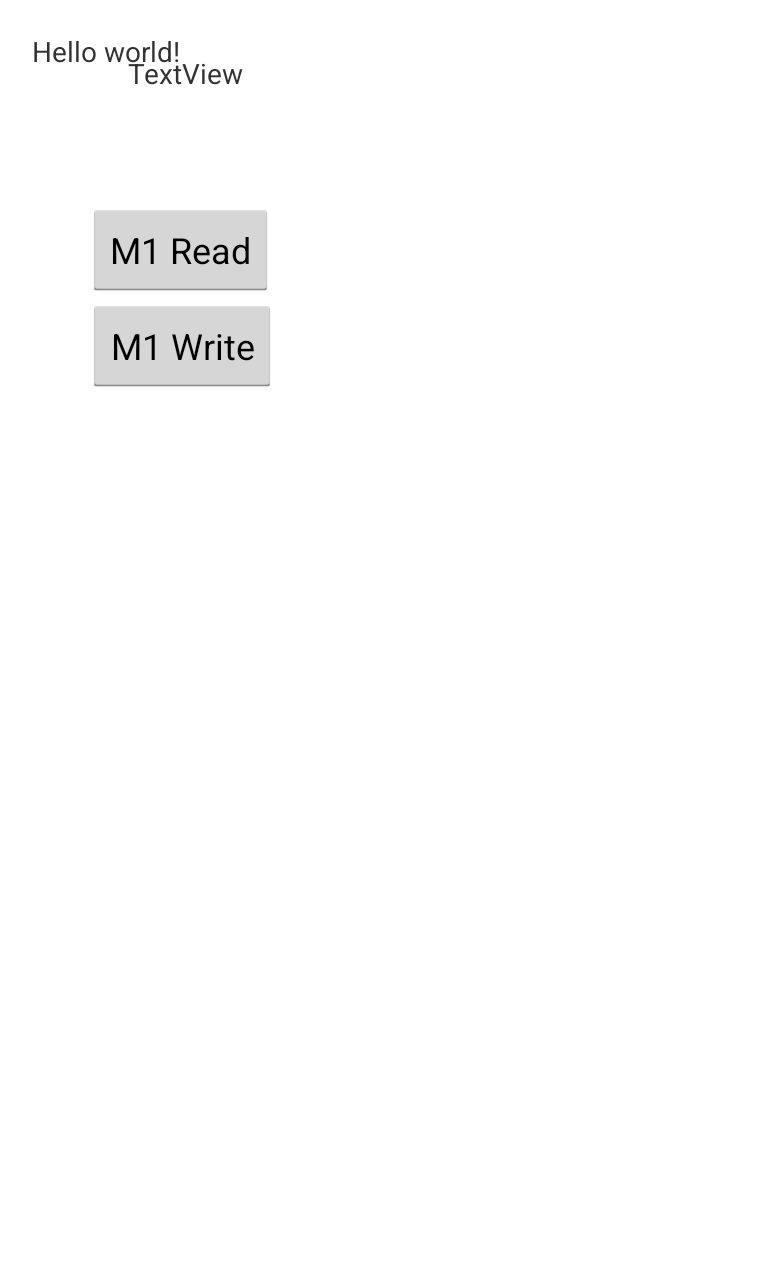
Repository: sparrow1058/nfc
Layout: nfc/res/layout/activity_main.xml
The author's editor kept a copy of each file at every save. The layout is drawn from the files as they stood at one save, then again after the next save.
It is drawn on a 768 x 1280 px phone screen (xhdpi) without system bars, with theme AppTheme; the app's code is not run.

Above is the layout before, as saved 2018-06-15 07:09:38.

After the next save:
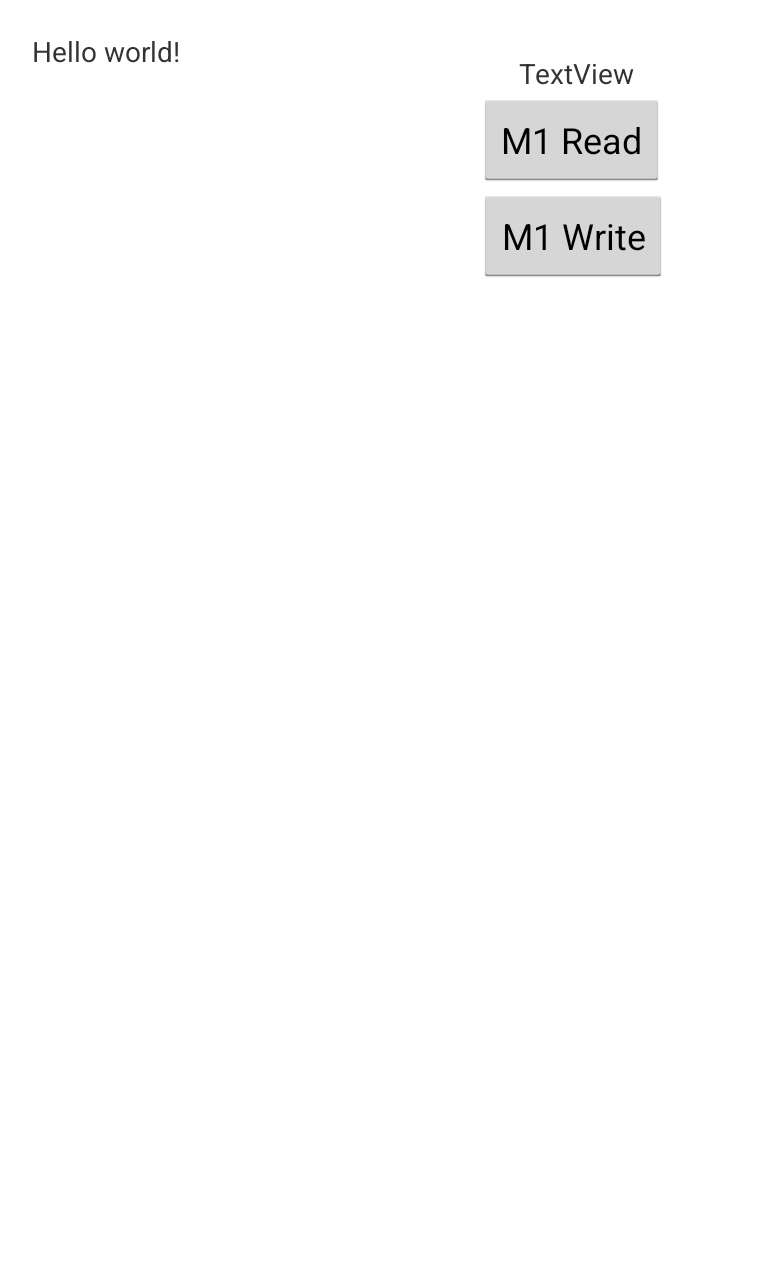
Saved 3 min 34 s later.
--- a/nfc/res/layout/activity_main.xml
+++ b/nfc/res/layout/activity_main.xml
@@ -22,24 +22,23 @@
         android:layout_below="@+id/bt_read"
         android:text="M1 Write" />
 
-    <Button
-        android:id="@+id/bt_read"
-        android:layout_width="wrap_content"
-        android:layout_height="wrap_content"
-        android:layout_alignTop="@+id/textView1"
-        android:layout_marginLeft="27dp"
-        android:layout_marginTop="85dp"
-        android:layout_toRightOf="@+id/textView1"
-        android:text="M1 Read" />
-
     <TextView
         android:id="@+id/id_text"
         android:layout_width="wrap_content"
         android:layout_height="wrap_content"
         android:layout_alignRight="@+id/bt_read"
-        android:layout_alignTop="@+id/textView1"
+        android:layout_alignTop="@+id/info_text"
         android:layout_marginRight="16dp"
         android:layout_marginTop="11dp"
         android:text="TextView" />
 
+    <Button
+        android:id="@+id/bt_read"
+        android:layout_width="wrap_content"
+        android:layout_height="wrap_content"
+        android:layout_alignParentRight="true"
+        android:layout_below="@+id/id_text"
+        android:layout_marginRight="35dp"
+        android:text="M1 Read" />
+
 </RelativeLayout>
